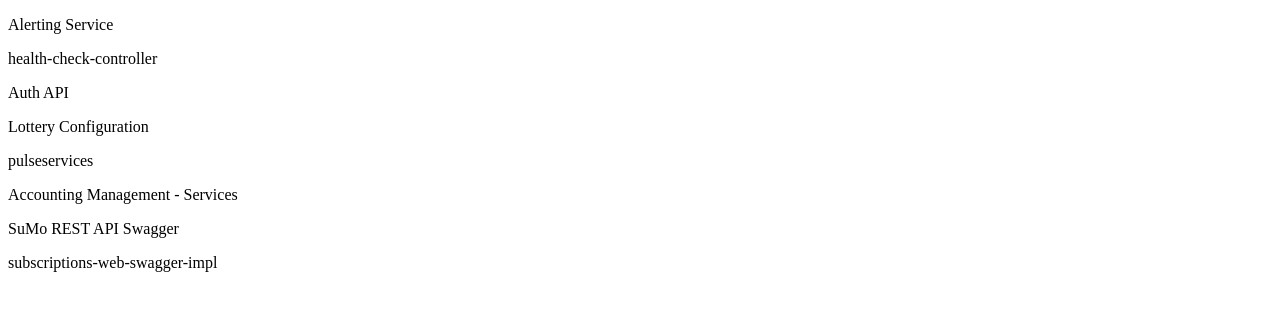
Repository: SavvasPistikos/gateway-config-ui
Page: /
The author's editor kept a copy of each file at every save. The page is drawn from the files as they stood at one save, then again after the next save.
The browser window is 1280 px wide. The pictures show the whole page.
The project was rebuilt for these pictures with package versions that can differ from the ones it lists, and the page was loaded fresh each time. Also part of the build but not shown: src/App.css.

Above is the page before, as saved 2020-06-01 17:28:56.

After the next save:
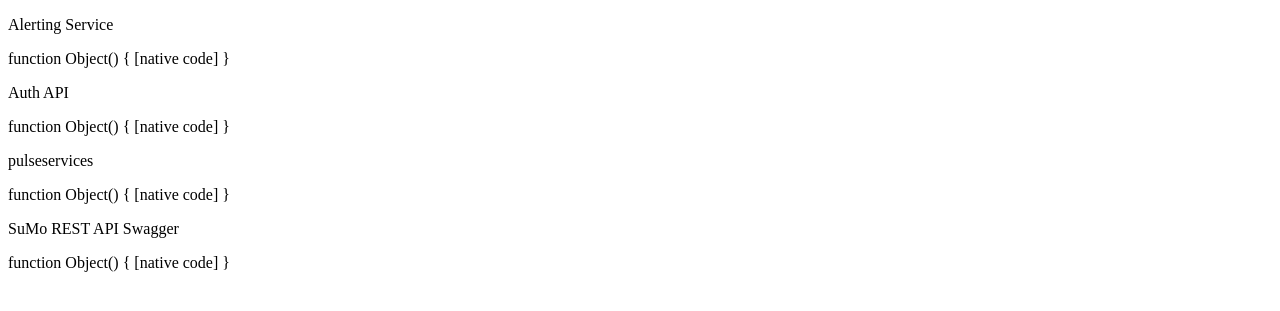
Saved 40 s later.
--- a/src/component/SwaggerApi.js
+++ b/src/component/SwaggerApi.js
@@ -5,7 +5,7 @@
     return (
       <div>
         <p>{this.props.api.info.title}</p>
-        <p>{this.props.api.tags[0]["name"]}</p>
+        <p>{Object.toString(this.props.api.paths)}</p>
       </div>
     );
   }
